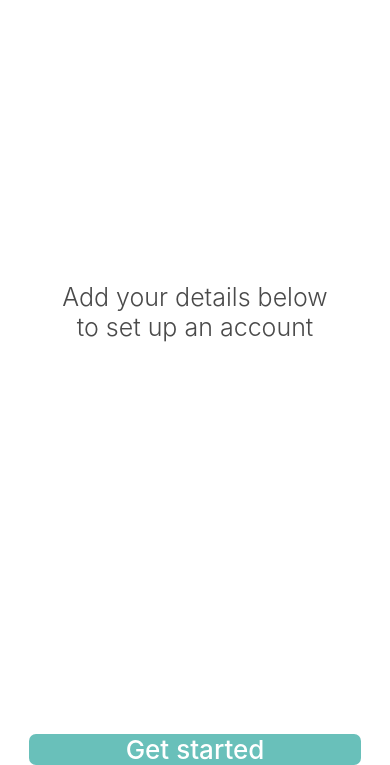
Repository: pheonixlegend/keleya
Screen: /Sign Up
These files come from the project's save history. The screen is drawn as it stood at one moment and after the next save; the edit follows.
The pictures show rows 422 to 1187 of an output 1187 px tall.
The app was drawn by React Native's web renderer in a window 390 px wide. The project was rebuilt for these pictures with package versions that can differ from the ones it lists, and the page was loaded fresh each time.

Above is the screen before, as saved 2021-10-01 00:42:04.

After the next save:
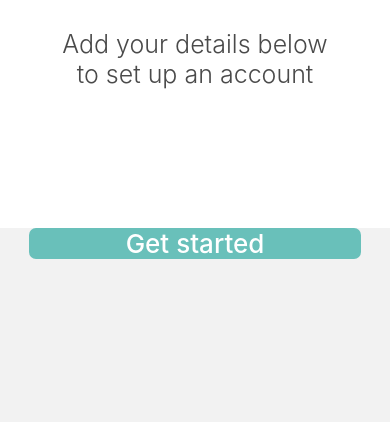
Saved 5 s later.
--- a/screens/SignUp.tsx
+++ b/screens/SignUp.tsx
@@ -28,7 +28,7 @@ const SignUp = ({navigation}: {navigation: any}) => {
 const styles = StyleSheet.create({
 
   centeredView: {
-    height: '100%',
+    height: '40%',
     justifyContent: 'center',
     alignItems: 'center',
     backgroundColor: 'white',
